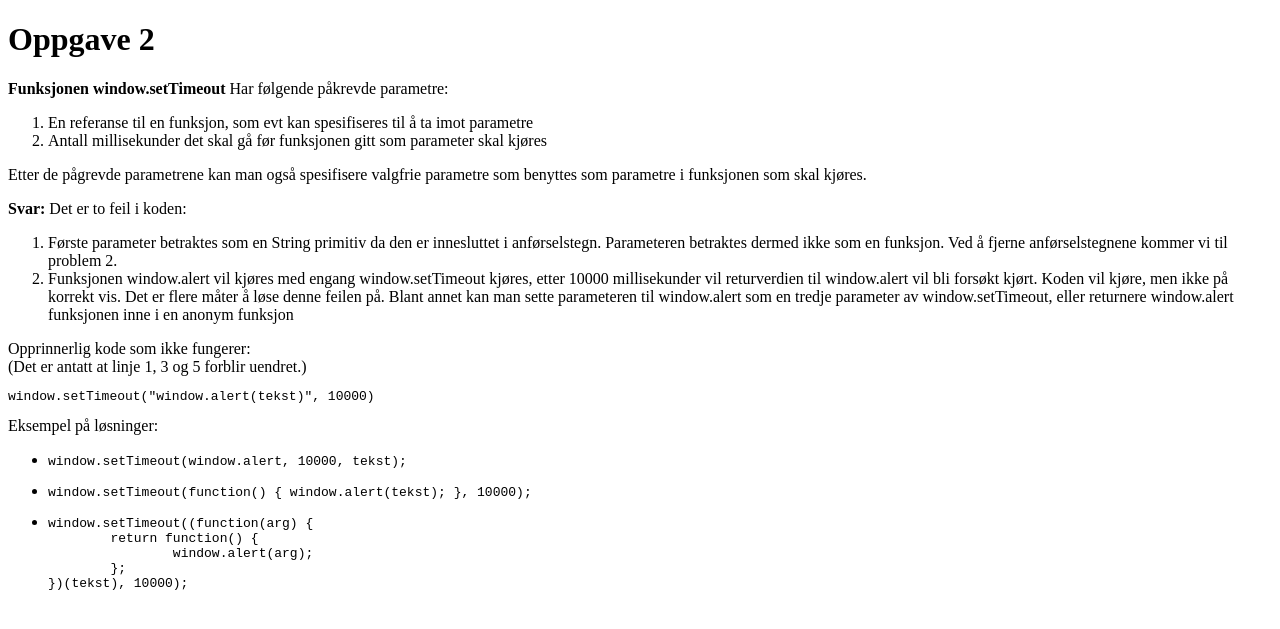
Repository: superdids/DAT152
Page: Oblig1/WebContent/oppgave02.html
These files come from the project's save history. The page is drawn as it stood at one moment and after the next save; the edit follows.
The browser window is 1280 px wide. The pictures show the whole page.

Above is the page before, as saved 2015-09-07 17:14:42.

### Oblig1/WebContent/oppgave02.html
<!DOCTYPE html>
<html>
<head>
<meta charset="UTF-8">
<title>Oppgave 2</title>
</head>
<body>
<h1>Oppgave 2</h1>
<p><b>Funksjonen window.setTimeout </b>Har følgende påkrevde parametre:</p>
<ol>
<li>En referanse til en funksjon, som evt kan spesifiseres til å ta imot parametre</li>
<li>Antall millisekunder det skal gå før funksjonen gitt som parameter
 skal kjøres</li>
</ol>

<p>Etter de pågrevde parametrene kan man også spesifisere valgfrie parametre
som benyttes som parametre i funksjonen som skal kjøres.</p>

<p><b>Svar: </b>Det er to feil i koden: </p>
<ol>
<li>Første parameter betraktes som en String primitiv da den er innesluttet
i anførselstegn. Parameteren betraktes dermed ikke som en funksjon. Ved å
fjerne anførselstegnene kommer vi til problem 2.</li>
<li>Funksjonen window.alert vil kjøres med engang window.setTimeout kjøres,
etter 10000 millisekunder vil returverdien til window.alert
vil bli forsøkt kjørt. Koden vil kjøre, men ikke på korrekt vis.
Det er flere måter å løse denne feilen på. Blant annet kan man sette parameteren
til window.alert som en tredje parameter av window.setTimeout, eller returnere
window.alert funksjonen inne i en anonym funksjon </li>
</ol>
Opprinnerlig kode som ikke fungerer: <br />
(Det er antatt at linje 1, 3 og 5 forblir uendret.)
<pre>window.setTimeout("window.alert(tekst)", 10000)</pre>
Eksempel på løsninger:
<ul>
<li><pre>window.setTimeout(window.alert, 10000, tekst);</pre></li>
<li><pre>window.setTimeout(function() { window.alert(tekst); }, 10000); </pre> </li>
<li><pre>window.setTimeout((function(arg) {
	return function() {
		window.alert(arg);
	};
})(tekst), 10000);</pre></li>
</ul>
</body>
</html>

After the next save:
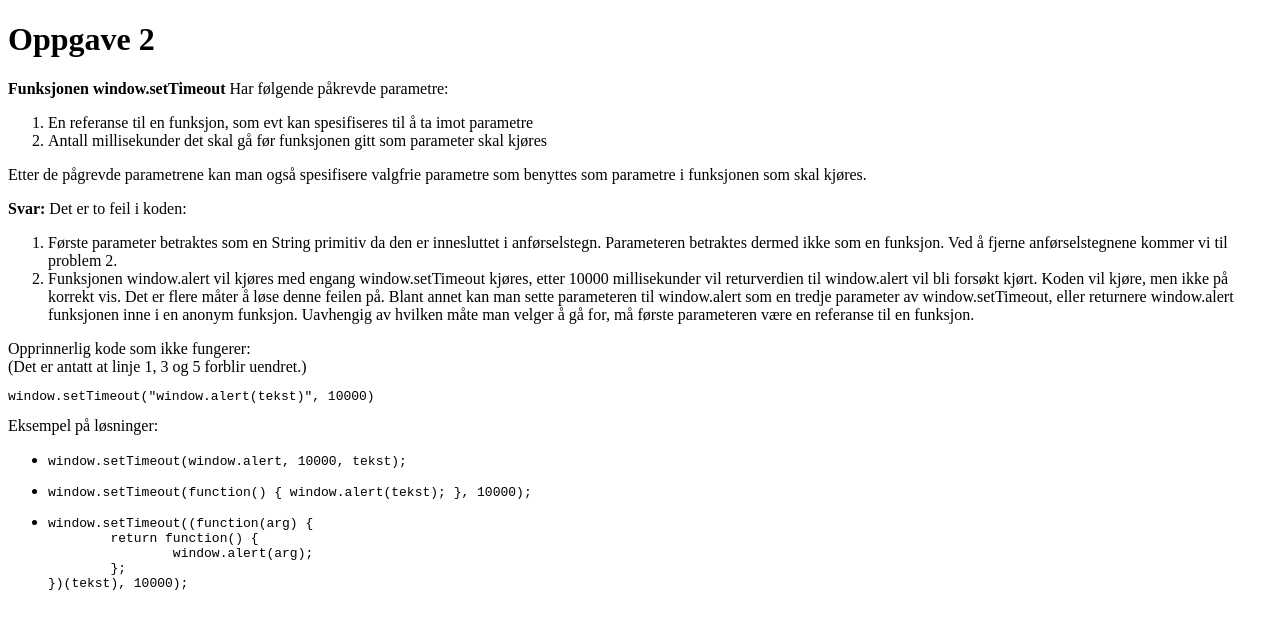
Saved 59 s later.
--- a/Oblig1/WebContent/oppgave02.html
+++ b/Oblig1/WebContent/oppgave02.html
@@ -26,7 +26,8 @@ etter 10000 millisekunder vil returverdien til window.alert
 vil bli forsøkt kjørt. Koden vil kjøre, men ikke på korrekt vis.
 Det er flere måter å løse denne feilen på. Blant annet kan man sette parameteren
 til window.alert som en tredje parameter av window.setTimeout, eller returnere
-window.alert funksjonen inne i en anonym funksjon </li>
+window.alert funksjonen inne i en anonym funksjon. Uavhengig av hvilken måte man
+velger å gå for, må første parameteren være en referanse til en funksjon. </li>
 </ol>
 Opprinnerlig kode som ikke fungerer: <br />
 (Det er antatt at linje 1, 3 og 5 forblir uendret.)
